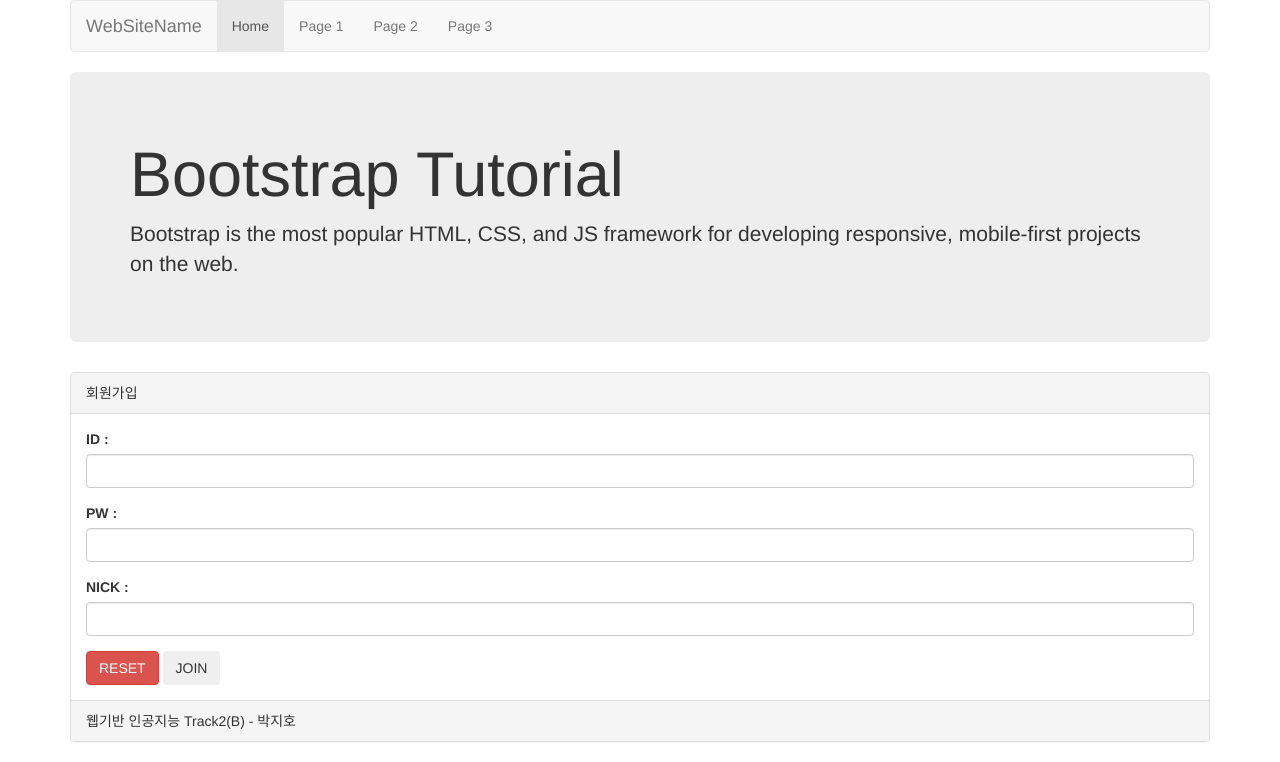
Repository: Jipumpkin/WebServer
Page: http://localhost/FrontCommandPattern/main.jsp
An editor plug-in stored every save of this project. The page is shown before and after the next save, followed by the edit.
The browser window is 1280 px wide. The pictures show the whole page.
The page is served by Tomcat 9.

Above is the page before, as saved 2024-08-20 01:29:15.

After the next save:
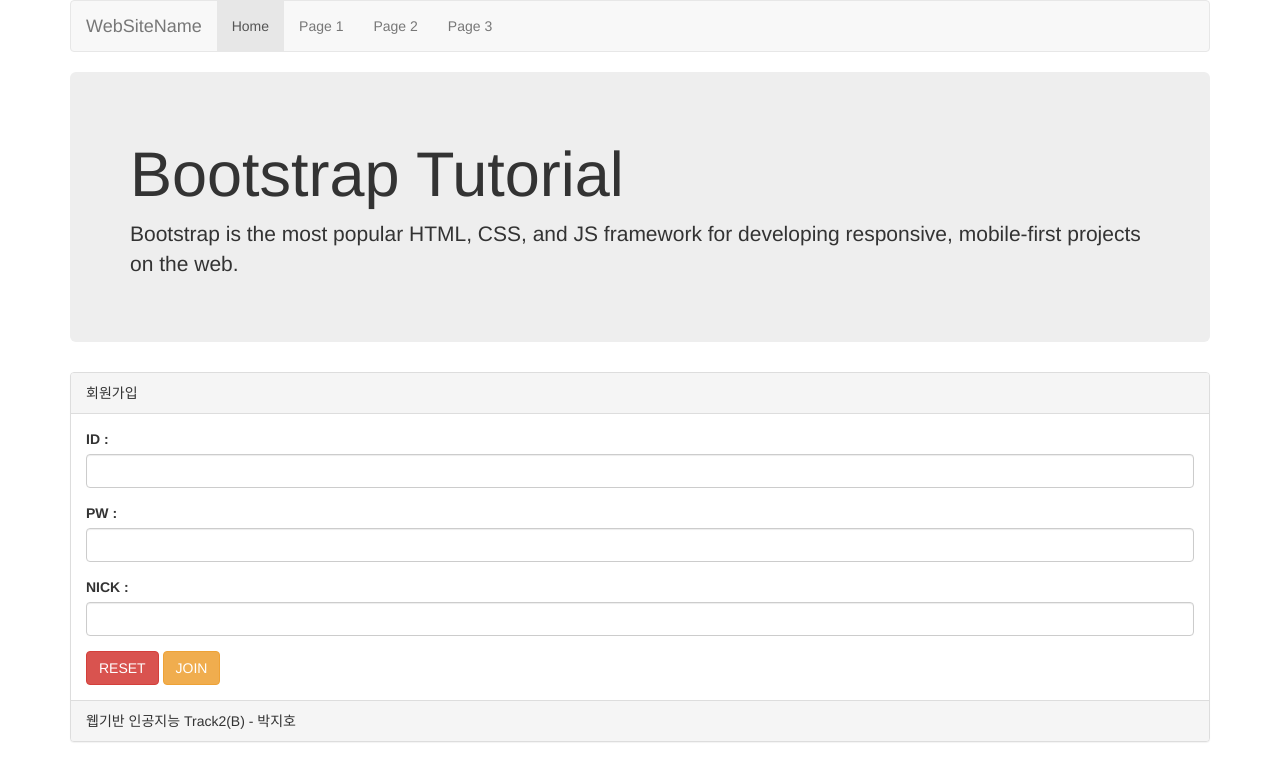
Saved 26 s later.
--- a/FrontCommandPattern/src/main/webapp/main.jsp
+++ b/FrontCommandPattern/src/main/webapp/main.jsp
@@ -51,7 +51,7 @@
 				    <input type="text" class="form-control" id="nick">
 				  </div>
 				  <button type="reset" class="btn btn-danger">RESET</button>
-				  <button type="submit" class="btn btn-waring">JOIN</button>
+				  <button type="submit" class="btn btn-warning">JOIN</button>
 				</form>
 
 		    </div>
